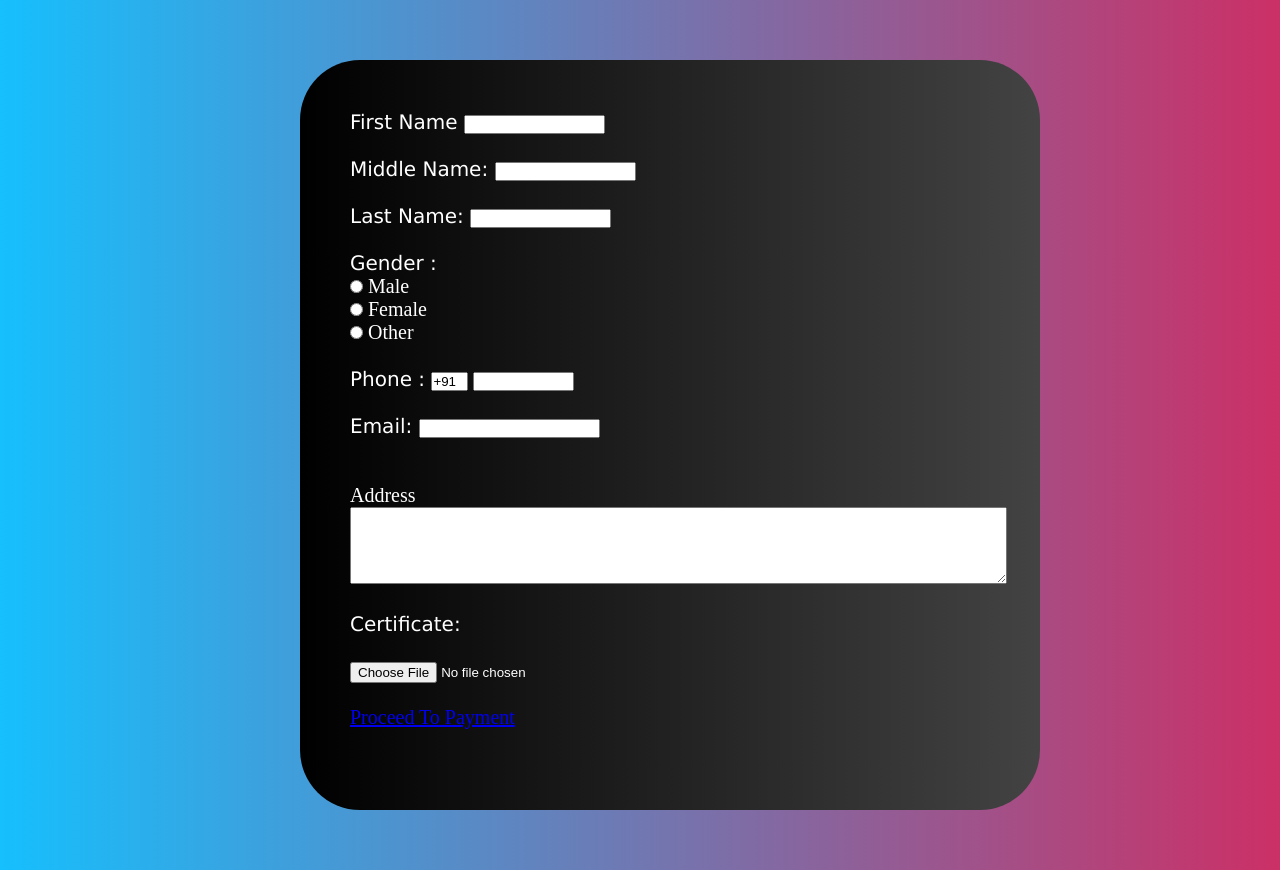
Repository: sarthakkathpalia/elliptical
Page: html/form.html
These files come from the project's save history. The page is drawn as it stood at one moment and after the next save; the edit follows.
The browser window is 1280 px wide. The pictures show the whole page.

Above is the page before, as saved 2021-10-30 17:33:24.

After the next save:
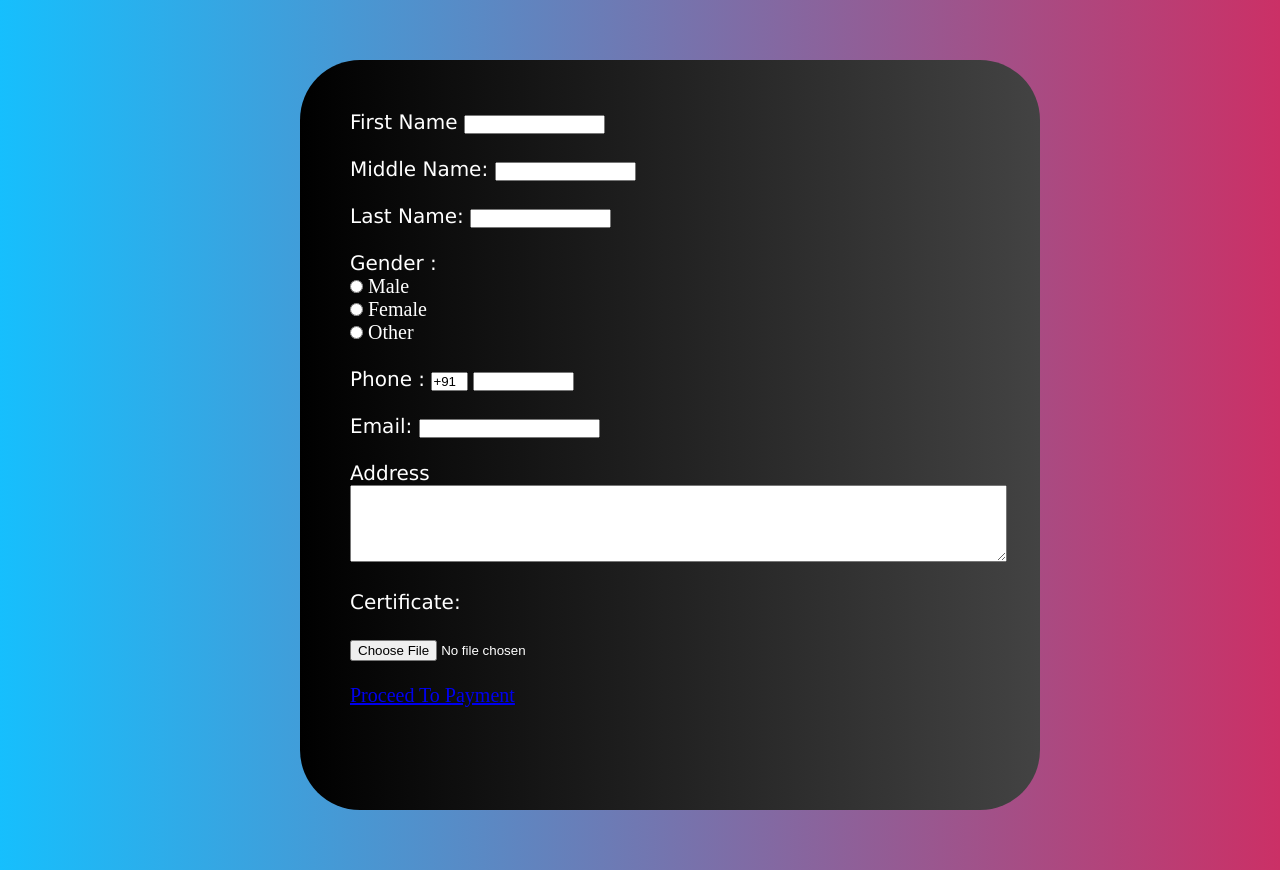
Saved 26 s later.
--- a/html/form.html
+++ b/html/form.html
@@ -63,8 +63,11 @@
             Email:
         </label>
         <input type="email" id="email" name="email"/> <br>
-        <br> <br>
-        Address
+        <br>
+        <label>
+            Address
+        </label>
+
         <br>
         <textarea cols="80" rows="5" value="address">
         </textarea>
